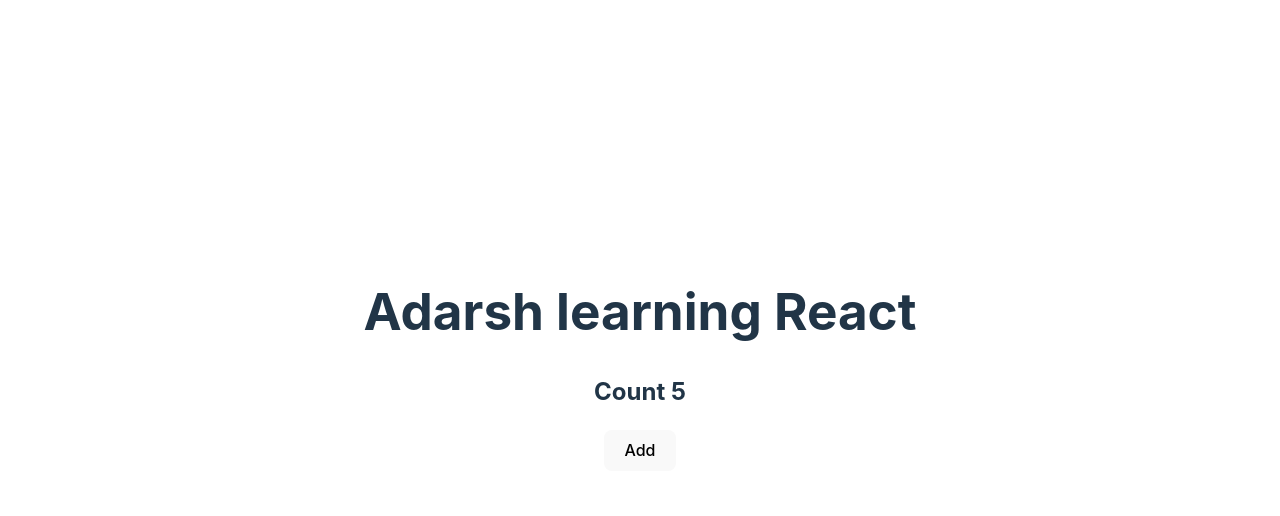
Repository: Adarshjeet0/ReactJs
Page: / (app in customReact/Counter/)
An editor plug-in stored every save of this project. The page is shown before and after a run of saves, followed by the edit.
The browser window is 1280 px wide. The pictures show the whole page.
The project was rebuilt for these pictures with package versions that can differ from the ones it lists, and the page was loaded fresh each time. Also part of the build but not shown: customReact/Counter/vite.config.js.

Above is the page before, as saved 2024-11-30 18:45:08.

### customReact/Counter/src/App.jsx
import { useState } from 'react'
import reactLogo from './assets/react.svg'
import viteLogo from '/vite.svg'
import './App.css'

function App() {
  const [count, setCount] = useState(0)
  let counter = 5;
  return (
    <>

      <h1>Adarsh learning React</h1>
      <h2>Count {counter}</h2>
      <button>Add</button>
    </>
  )
}

export default App

Loaded but not shown: customReact/Counter/index.html (common file); customReact/Counter/src/main.jsx (common file); customReact/Counter/src/index.css (common file); customReact/Counter/src/App.css (common file)

After the next 2 saves:
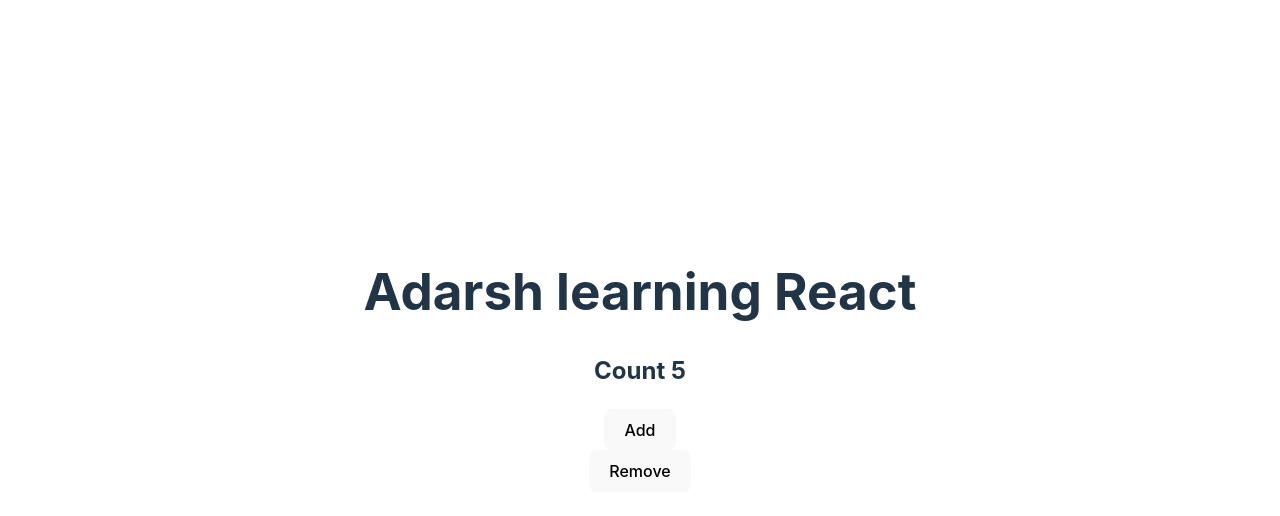
The 2 saves are shown as one change because they came seconds apart.
The last was saved 9 s later.
--- a/customReact/Counter/src/App.jsx
+++ b/customReact/Counter/src/App.jsx
@@ -12,6 +12,8 @@
       <h1>Adarsh learning React</h1>
       <h2>Count {counter}</h2>
       <button>Add</button>
+      <br />
+      <button>Remove</button>
     </>
   )
 }
